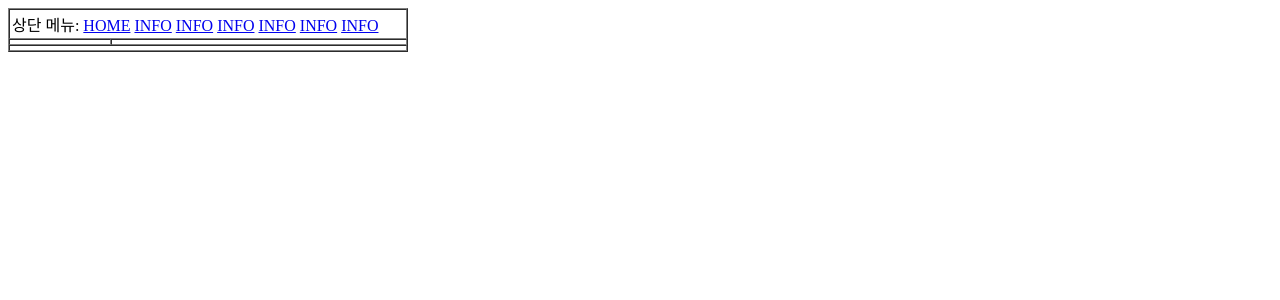
Repository: kdongjin/jspStudy
Page: http://localhost/jspStudy/temp/mainPage.jsp
These files come from the project's save history. The page is drawn as it stood at one moment and after the next save; the edit follows.
The browser window is 1280 px wide. The pictures show the whole page.
The page is served by Tomcat 9. Nobody is signed in. The application's start-up code is not run.

Above is the page before, as saved 2024-12-10 01:30:01.

After the next save:
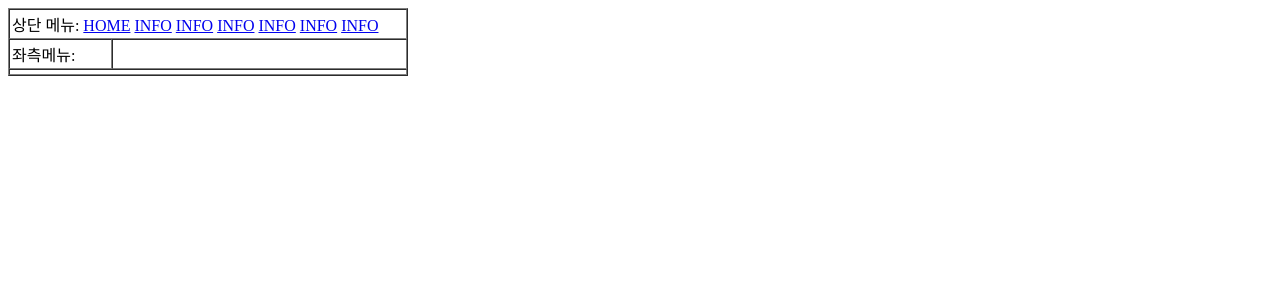
Saved 32 s later.
--- a/jspStudy/src/main/webapp/temp/template/template.jsp
+++ b/jspStudy/src/main/webapp/temp/template/template.jsp
@@ -15,7 +15,9 @@ String contentPage = (String) request.getAttribute("CONTENTPAGE");
 			</td>
 		</tr>
 		<tr>
-			<td width="100" valign="top"></td>
+			<td width="100" valign="top">
+			 <jsp:include page="/temp/module/left.jsp" flush="false" />
+			</td>
 			<td width="300" valign="top">
 				<!-- 내용 부분: 시작 --> <!-- 내용 부분: 끝 -->
 			</td>
